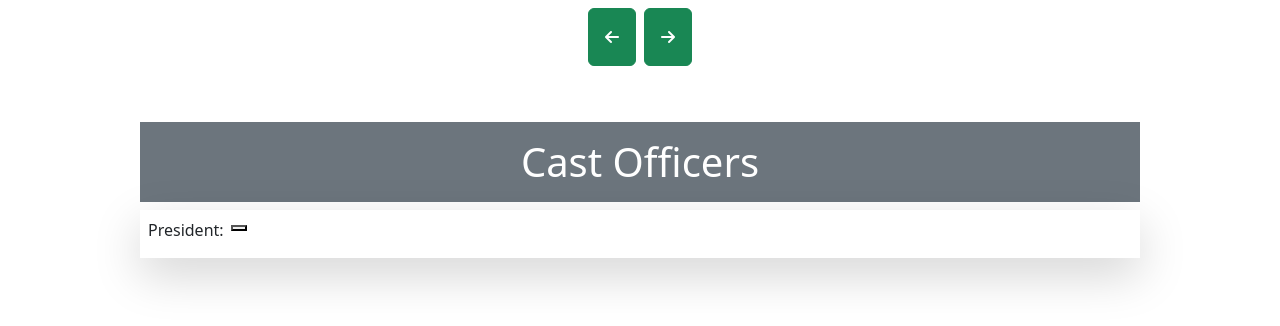
Repository: FRANZSAIJEM/livewire
Page: /second
An editor plug-in stored every save of this project. The page is shown before and after a run of saves, followed by the edit.
The browser window is 1280 px wide. The pictures show the whole page.
The page's requests for data from a server got no answer. Some web libraries are served in a nearby version. The project was rebuilt for these pictures with package versions that can differ from the ones it lists, and the page was loaded fresh each time. No one was signed in, and anything a server would have sent is missing. Also part of the build but not shown: vite.config.ts.

Above is the page before, as saved 2023-02-18 08:03:45.

### index.html
<!DOCTYPE html>
<html lang="en">
  <head>
    <meta charset="UTF-8">
    <link rel="icon" href="/favicon.ico">
    <meta name="viewport" content="width=device-width, initial-scale=1.0">
    <link href="https://cdn.jsdelivr.net/npm/bootstrap@5.0.2/dist/css/bootstrap.min.css" rel="stylesheet" integrity="sha384-EVSTQN3/azprG1Anm3QDgpJLIm9Nao0Yz1ztcQTwFspd3yD65VohhpuuCOmLASjC" crossorigin="anonymous">
    <link rel="stylesheet" href="https://cdnjs.cloudflare.com/ajax/libs/font-awesome/6.3.0/css/all.min.css" integrity="sha512-SzlrxWUlpfuzQ+pcUCosxcglQRNAq/DZjVsC0lE40xsADsfeQoEypE+enwcOiGjk/bSuGGKHEyjSoQ1zVisanQ==" crossorigin="anonymous" referrerpolicy="no-referrer" />
    <title>Vite App</title>
  </head>
  <body class="bg-white">
    <div id="app"></div>
    <script type="module" src="/src/main.ts"></script>
  </body>
</html>

### src/main.ts
import { createApp } from "vue";
import { createPinia } from "pinia";

import App from "./App.vue";
import router from "./router";
import "bootstrap/dist/css/bootstrap.min.css"
import bootstrap from "bootstrap/dist/js/bootstrap.bundle.js"

import "./assets/main.css";

const app = createApp(App);

app.use(createPinia());
app.use(router);

app.mount("#app");

### src/App.vue
<script setup>
import { RouterLink, RouterView } from 'vue-router'
</script>

<template>


<RouterView />
</template>

<style scoped>
#navbar {
  background-color: 	#4682B4 !important;
}
</style>

### src/router/index.js
import { createRouter, createWebHistory } from "vue-router";


const router = createRouter({
  history: createWebHistory(import.meta.env.BASE_URL),
  routes: [
    {
      path: '/',
      name: 'home',
      component: () => import('../views/HomeView.vue')
    },

    {
      path: '/second',
      name: 'secondPage',
      component: () => import('../views/SecondPageView.vue')
    },
    {
      path: "/edit/:id",
      name: "edit",
      component: () => import('../views/EditView.vue'),
      props: true
    },

  ],
});

export default router;

### src/views/SecondPageView.vue
<template>
    <div class="body">
      <div class="d-inline-flex m-1">

        <RouterLink to="/" class="btn btn-success m-1 p-3"> <i class="fa fa-arrow-left"></i> </RouterLink>
        <RouterLink to="/second" class="btn btn-success m-1 p-3"> <i class=" fa fa-arrow-right"></i> </RouterLink>

      </div>

      <div class="content mt-5">



        <h1 class="bg-secondary p-3 text-center text-white">Cast Officers</h1>

          <form action="">
            <div class="input-group mb-5 shadow-lg">
            <!-- <input v-model="newNameInput" type="text" name="" id="" class="form-control p-2" placeholder="Name" required>

              <select v-model="newYearInput" name="" id="" class="form-select" required>
                <option value="BSIT - 1">BSIT - 1</option>
                <option value="BSIT - 2">BSIT - 2</option>
                <option value="BSIT - 3">BSIT - 3</option>
                <option value="BSIT - 4">BSIT - 4</option>
              </select>


              <select v-model="newAttendanceInput" name="" id="" class="form-select" typeof="text" required>
                <option value="Present">Present</option>
                <option value="Absent">Absent</option>
                <option value="Late">Late</option>
              </select>

              <button @click="addAttendance()" class="btn btn-success"><i class="fa fa-person"></i> Add</button> -->

            <div class="foat-left">
              <label for="" class="form-label p-2">
              President:
            </label>
            </div>

            <div class="float-right">
              <button class=""></button>
            </div>

            </div>
          </form>



      <div v-for="attendance in attendances" :key="attendance.attendances" class="text-center">
        <div class="card-body">
          <div class="row">
            <table class="table table-striped table-bordered shadow-sm">
              <thead>
                <tr class="bg-secondary text-white">
                  <th>
                   Name
                  </th>
                  <th>
                   Year
                  </th>
                  <th>
                   Attendance
                  </th>
                  <th>
                   Action
                  </th>
                </tr>
              </thead>
              <tbody>
                <tr>
                  <td>
                    {{ attendance.name }}
                  </td>
                  <td>
                    {{ attendance.year }}
                  </td>
                  <td>
                    {{ attendance.attendance }}
                  </td>
                  <td>

                    <RouterLink :to="{ name: 'edit', params: { id: attendance.id }}" class="text-secondary" id="edit">
                        <button class="btn btn-success"><i class="fa fa-edit"></i> Edit</button>
                      </RouterLink>

                      <button class="btn btn-danger m-2 edit-button" data-bs-toggle="modal" data-bs-target="#exampleModal"> <i class="fa fa-remove"></i> Delete</button>

                  </td>
                </tr>
              </tbody>

            </table>

          </div>

        </div>

        <div class="modal fade" id="exampleModal" tabindex="-1" aria-labelledby="exampleModalLabel" aria-hidden="true">
                <div class="modal-dialog">
                  <div class="modal-content">
                    <div class="modal-header">
                      <h1 class="modal-title fs-5" id="exampleModalLabel">Delete Student</h1>
                      <button type="button" class="btn-close" data-bs-dismiss="modal" aria-label="Close"></button>
                    </div>
                    <div class="modal-body">
                      <h1>Are you sure you want to delete this student?</h1>
                    </div>
                    <div class="modal-footer">
                      <button type="button" class="btn btn-warning" data-bs-dismiss="modal"> <i class="fa fa-cancel"></i> Cancel</button>
                      <button @click="removeAttendance(attendance.id)" class="btn btn-danger m-2" data-bs-dismiss="modal"> <i class="fa fa-remove"></i> Yes</button>
                    </div>
                  </div>
                </div>
              </div>


              <div class="modal fade" id="editModal" tabindex="-1" aria-labelledby="editModalLabel" aria-hidden="true">
                <div class="modal-dialog">
                  <div class="modal-content">
                    <div class="modal-header">
                      <h1 class="modal-title fs-5" id="editModalLabel">Delete Student</h1>
                      <button type="button" class="btn-close" data-bs-dismiss="modal" aria-label="Close"></button>
                    </div>
                    <div class="modal-body">
                      <form>
                          <div class="mb-3">
                          <label for="name" class="col-form-label">Name: </label>
                          <input v-model="newNameInput" type="text" name="" id="" class="form-control p-2" placeholder="Name">
                          </div>


                          <div class="mb-3">
                          <label for="year" class="col-form-label">Year: </label>
                          <select v-model="newYearInput" name="" id="year" class="form-select">
                          <option value="BSIT - 1">BSIT - 1</option>
                          <option value="BSIT - 2">BSIT - 2</option>
                          <option value="BSIT - 3">BSIT - 3</option>
                          <option value="BSIT - 4">BSIT - 4</option>
                          </select>
                          </div>

                          <div class="mb-3">
                          <label for="attendance" class="col-form-label">Attendance: </label>
                          <select v-model="newAttendanceInput" name="" id="attendance" class="form-select" typeof="text">
                          <option value="Present">Present</option>
                          <option value="Absent">Absent</option>
                          <option value="Late">Late</option>
                          </select>
                      </div>

                      </form>
                    </div>
                    <div class="modal-footer">
                      <button type="button" class="btn btn-warning" data-bs-dismiss="modal"> <i class="fa fa-cancel"></i> Cancel</button>
                      <button @click="updateTask()" class="btn btn-danger m-2" data-bs-dismiss="modal"> <i class="fa fa-remove"></i> Yes</button>
                    </div>
                  </div>
                </div>
              </div>
      </div>




      </div>

    </div>

  </template>
  <script setup>
  import {ref, onMounted} from 'vue'
  import {db} from '../firebase/index.js'
  import {addDoc, collection, onSnapshot,deleteDoc, doc, updateDoc} from "firebase/firestore";
  import { RouterLink, RouterView } from 'vue-router'
  import { useRouter } from 'vue-router'



  onMounted(async()=>{
    const q = (collection(db, "attendance2"));

    onSnapshot(q,(querySnapshot)=> {


      const attendancesTmp = []


    querySnapshot.forEach((doc) => {

      const attendance = {
        id: doc.id,
        name: doc.data().name,
        year: doc.data().year,
        attendance: doc.data().attendance,
        completed: doc.data().completed
      }

      attendancesTmp.push(attendance)
    });
    attendances.value = attendancesTmp
    })
  })





  const newNameInput = ref('')
  const newYearInput = ref('BSIT - 1')
  const newAttendanceInput = ref('Present')

  const attendances = ref([])
  const id = ref(1)








  const addAttendance = async () => {
    if (newNameInput.value != '' && newYearInput.value != '' && newAttendanceInput.value != ''){

      await addDoc(collection(db,"attendance2"),{
        name:newNameInput.value,
        year: newYearInput.value,
        attendance: newAttendanceInput.value,
        completed: false
      })
      newNameInput.value = ''
      newYearInput.value = 'BSIT - 1'
      newAttendanceInput.value = 'Present'
    }
  }



  const removeAttendance = (id) => {
    deleteDoc(doc(db,"attendance2",id));
  }




  </script>

  <style>
  .content{
    width: 1000px;
  }
  .body{
    display: grid;
    place-items: center;
  }
  .line-through{
    text-decoration: line-through;
  }
  </style>

### src/Firebase/index.js
// Import the functions you need from the SDKs you need
import { initializeApp } from "firebase/app";
import { getFirestore } from "firebase/firestore";
// TODO: Add SDKs for Firebase products that you want to use
// https://firebase.google.com/docs/web/setup#available-libraries

// Your web app's Firebase configuration
// For Firebase JS SDK v7.20.0 and later, measurementId is optional
const firebaseConfig = {
  apiKey: "AIzaSyAMX2o86vjz4t0_o5yzBAC3be4yvcYFosY",
  authDomain: "mejiasfirebase.firebaseapp.com",
  projectId: "mejiasfirebase",
  storageBucket: "mejiasfirebase.appspot.com",
  messagingSenderId: "186163636848",
  appId: "1:186163636848:web:b2eff6247b796bf2f162b5",
  measurementId: "G-HE38LXTCYT"
};

// Initialize Firebase
const app = initializeApp(firebaseConfig);
const db = getFirestore(app);

export {db}

Loaded but not shown: src/assets/main.css (no stored copy; drawn as an empty file)

After the next 2 saves:
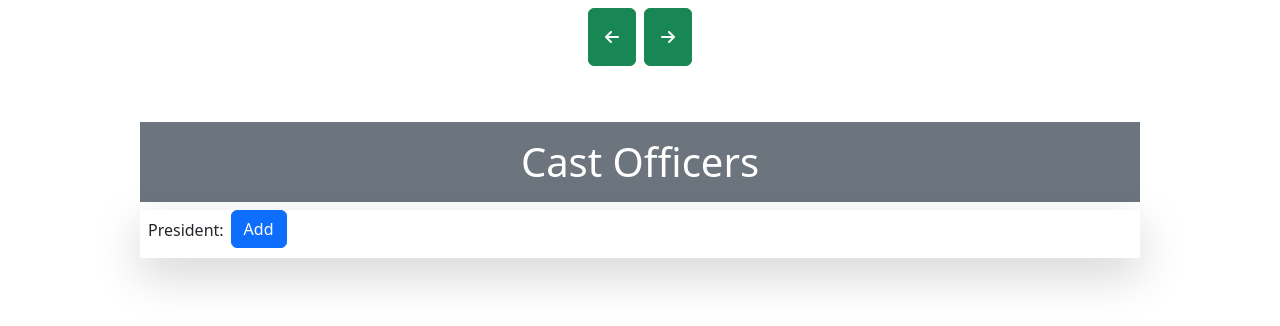
The 2 saves are shown as one change because they came seconds apart.
The last was saved 10 s later.
--- a/src/views/SecondPageView.vue
+++ b/src/views/SecondPageView.vue
@@ -40,7 +40,7 @@
             </div>
 
             <div class="float-right">
-              <button class=""></button>
+              <button class="btn btn-primary">Add</button>
             </div>
 
             </div>
